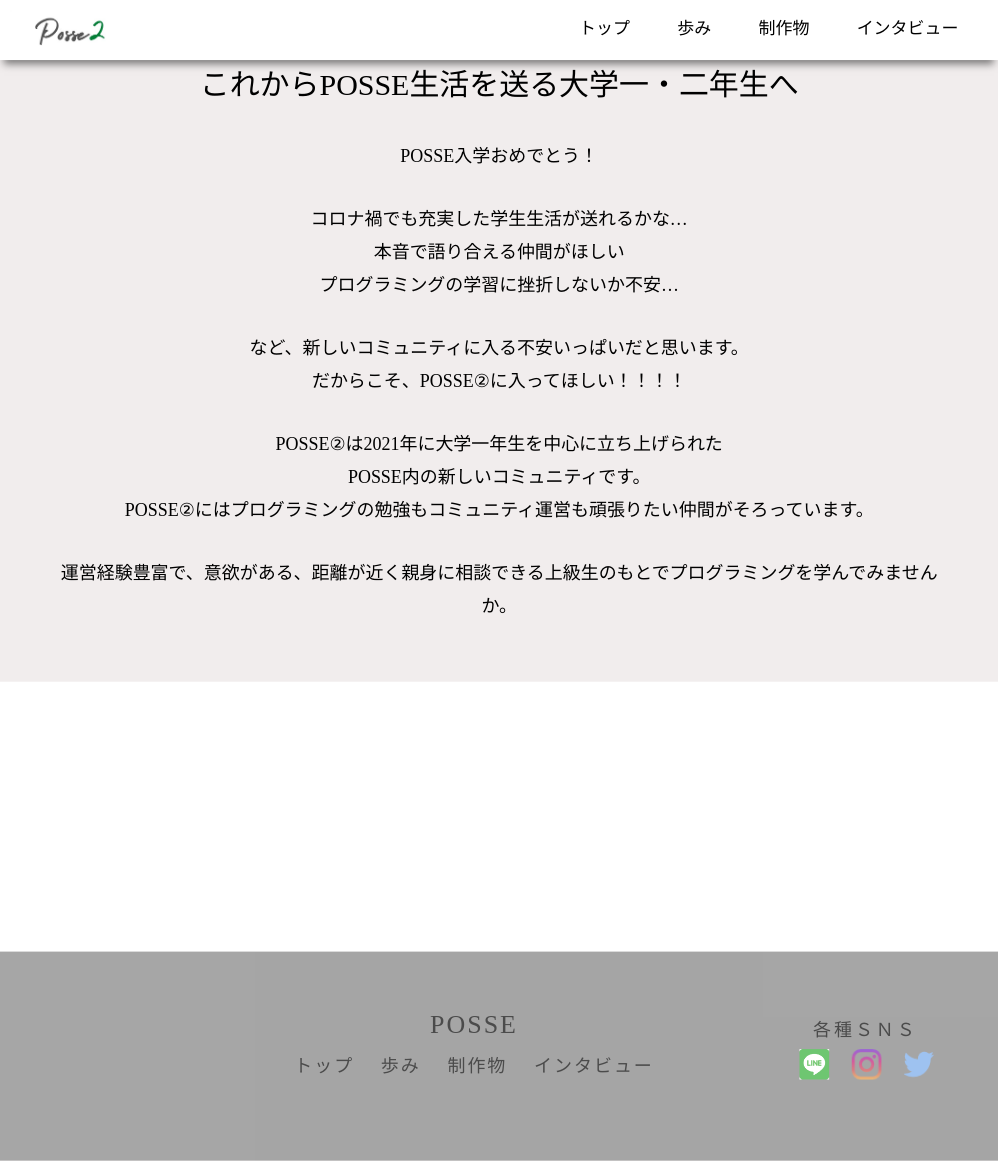
Repository: posse-ap/posse2-hackathon-202202-team2A
Page: topPage/index.html
The author's editor kept a copy of each file at every save. The page is drawn from the files as they stood at one save, then again after a run of saves.
The browser window is 1280 px wide. The pictures show the whole page, at 78% of full size.

Above is the page before, as saved 2022-02-15 03:16:16.

### topPage/index.html
<!DOCTYPE html>
<html lang="en">

<head>
    <meta charset="UTF-8" />
    <meta http-equiv="X-UA-Compatible" content="IE=edge" />
    <meta name="viewport" content="width=device-width, initial-scale=1.0" />
    <title>Document</title>
    <link rel="stylesheet" href="/reset.css" />
    <link rel="stylesheet" href="/topPage/style.css" />
</head>

<body>
    <!-- <header id="header" class="header">
        <div class="header_content">
            <div class="header_title">
                <img src="/topPage images/S__31211608.jpg" alt="" class="header_title_img">
            </div>
            <div class="header_links">
                <ul>
                    <li><a href="">トップページ</a></li>
                    <li><a href="">活動記録</a></li>
                    <li><a href="">日常の記録</a></li>
                    <li><a href="">保護者の方へ</a></li>
                </ul>
            </div>
        </div>
    </header> -->

    <header id="header" class="header">
        <div class="header_content">
            <div class="header_title">
                <img src="/topPage images/S__31211608.jpg" alt="" class="header_title_img">
            </div>
            <!-- ①サイトタイトル -->
            <div class="nav-wrapper header_links">
                <!-- ②ナビゲーションメニュー -->
                <nav class="header-nav">
                    <ul class="nav-list">
                        <li class="nav-item">
                            <a href="">トップ</a>
                        </li>
                        <li class="nav-item">
                            <a href="">歩み</a>
                        </li>
                        <li class="nav-item">
                            <a href="">制作物</a>
                        </li>
                        <li class="nav-item">
                            <a href="">インタビュー</a>
                        </li>
                    </ul>
                </nav>
            </div>
            <button class="burger-btn">
                <!-- ③ハンバーガーボタン -->
                <span class="bar bar_top"></span>
                <span class="bar bar_mid"></span>
                <span class="bar bar_bottom"></span>
            </button>
        </div>
    </header>

    <section class="section">
        <div>
            <h2>これからPOSSE生活を送る大学一・二年生へ</h2>
        <p>POSSE入学おめでとう！</p>
        <p>コロナ禍でも充実した学生生活が送れるかな…<br>
            本音で語り合える仲間がほしい<br>
            プログラミングの学習に挫折しないか不安…<br>
            </p>
        <p>など、新しいコミュニティに入る不安いっぱいだと思います。<br>
            だからこそ、POSSE②に入ってほしい！！！！
            </p>
        <p>POSSE②は2021年に大学一年生を中心に立ち上げられた<br>POSSE内の新しいコミュニティです。<br>
            POSSE②にはプログラミングの勉強もコミュニティ運営も頑張りたい仲間がそろっています。
        </p>
        <p>
            運営経験豊富で、意欲がある、距離が近く親身に相談できる上級生のもとでプログラミングを学んでみませんか。
        </p>
        </div>
    </section>



    <footer class="footer">
        <div class='footer_box'>
            <div class="footer_box1">
                <div class='footer_official_box'>
                    <label for="logo"><p>POSSE</p></label>
                    <!-- <a id='logo'  href="https://posse.anti-pattern.co.jp/"><img class='posse_logo_footer' src="img\posseLogo.png" alt="ポッセロゴ"></a> -->
                </div>
                <div class='footer_other_box'>
                    <div class='footer_page_in_site'>
                        <a href="">トップ</a>
                        <a href="">歩み</a>
                        <a href="">制作物</a>
                        <a href="">インタビュー</a>
                    </div>
                </div>
            </div>
            <div class='SNS'>
                <p>各種ＳＮＳ</p>
                <div class='SNS_box'>
                    <a href=""><img src="/topPage images/LINE.png" alt=""></a>
                    <a href="https://instagram.com/posse_programming?utm_medium=copy_link"><img src="/topPage images/instagram2.png" alt="instagram"></a>
                    <a href="https://twitter.com/posse_program?s=20"><img src="/topPage images/twitter2.png" alt="twitter"></a>
                </div>
            </div>
        </div>
    </footer>

    <script src="https://ajax.googleapis.com/ajax/libs/jquery/3.6.0/jquery.min.js"></script>
    <script src="/topPage/script.js"></script>
</body>

</html>

### topPage/style.css
html {
    font-size: 1vw;
}

body {
    text-align: center;
    margin: 0 auto;
    font-family: "ヒラギノ丸ゴ Pro W4", "ヒラギノ丸ゴ Pro", "Hiragino Maru Gothic Pro", "ヒラギノ角ゴ Pro W3", "Hiragino Kaku Gothic Pro", "HG丸ｺﾞｼｯｸM-PRO", "HGMaruGothicMPRO";
}

.header_content {
    width: 95%;
    height: 90%;
    display: flex;
    justify-content: space-between;
    opacity: 1;
    margin: 0 6rem 0.3rem 1rem;
}

.header_title {
    display: flex;
}

.header_title_img {
    display: block;
    width: 12rem;
    height: 4rem;
    opacity: 1;
}



.header_links {
    width: 40%;
    padding: 1rem 0 0 0;
}

.header_links ul {
    display: flex;
    justify-content: space-between;
}

.header_links li a {
    display: block;
    color: black;
    text-decoration: none;
    font-size: 1.7rem;
}

.header_links li a:hover {
    opacity: 0.4;
    transform: translate(0, -5px);
}


.header {
    width: 100%;
    height: 6rem;
    background: white;
    position: fixed;
    top: 0;
    left: 0;
    padding-top: 1.1rem;
    box-sizing: border-box;
    z-index: 5;
    box-shadow: 0px 10px 10px -5px rgba(0, 0, 0, 0.5);
}

.SNS_box{
    width: 150%;
}


/* -------------------- */
/* header
  /* -------------------- */
/* .header {
    align-items: center;
    background-color: #1b1310;
    border-bottom: 1px solid #fff;
    color: #fff;
    display: flex;
    height: 74px;
    justify-content: space-between;
    padding: 0 120px;
} */

/* .nav-list {

    display: flex;
} */

/* .nav-item {

    margin-right: 55px;
} */

.burger-btn {
    display: none;
}

/* ------------------ */
/* fv
  /* ------------------ */
.fv {
    align-items: center;
    background-color: #141414;
    background-image: url(../img/fv-bgi@2x.jpg);
    background-position: center;
    background-size: cover;
    display: flex;
    flex-direction: column;
    height: 90vh;
    justify-content: center;
}

/* .main-copy {
    border: 2px solid #fff;
    color: #fff;
    font-size: 50px;
    font-weight: bold;
    padding: 34px 42px;
} */

/* ------------------ */
/* about
  /* ------------------ */
.section-title {
    font-size: 36px;
    font-weight: bold;
    letter-spacing: .05em;
    margin-bottom: 70px;
    text-align: center;
}

h3 {
    font-size: 2.4rem;
    font-weight: bold;
    letter-spacing: .1em;
    line-height: 2;
    margin-bottom: 40px;
}

.section-wrapper {
    padding: 100px 10% 50px;
}

@media screen and (min-width:541px) and (max-width:1024px) {
    .header{
        height: 10rem;
    }

    .header_content{
        padding-top: 2rem;
    }

    .header_title_img{
        width: 100%;
        height: 70%;
    }

    .header_links li a{
        font-size: 2.7rem;
        margin-top: 0;
    }

    .header_links{
        width: 50%;
    }
}

@media screen and (max-width:540px) {

    /* ----------------------- */
    /* base_sp
    /* ----------------------- */
    /* デフォルトのbuttonスタイルをリセット */
    button {
        -webkit-appearance: none;
        -moz-appearance: none;
        appearance: none;
        background: transparent;
        border: 0;
        border-radius: 0;
        color: inherit;
        cursor: pointer;
        font: inherit;
        margin: 0;
        outline: none;
        padding: 0;
        vertical-align: middle;
    }

    /* ------------------ */
    /* humberger-menu */
    /* ------------------ */
    .header {
        padding: 0;
        height: 15rem;
    }

    .header_title_img{
        margin-top: 2rem;
        width: 30rem;
        height: 10rem;
    }

    /* 以下、ハンバーガーボタン */
    .burger-btn {
        display: block;
        height: 22%;
        position: relative;
        width: 20%;
        z-index: 3;
        /* codepenの挙動のため */
        background-color: transparent;
        border: none;
        margin-top: 6rem;
    }



    .bar {
        background-color: black;
        display: block;
        height: 0.1rem;
        left: 50%;
        position: absolute;
        transform: translateX(-50%);
        width: 7rem;
    }

    .bar_top {
        top: 3rem;
    }

    .bar_mid {
        top: 50%;
        transform: translate(-50%, -50%);
    }

    .bar_bottom {
        bottom: 3rem;
    }

    .burger-btn.close{
        margin-top: 8.4rem;
    }

    .burger-btn.close .bar_top {
        transform: translate(-50%,-4.3rem) rotate(45deg);
        transition: transform .3s;
    }

    .burger-btn.close .bar_mid {
        opacity: 0;
        transition: opacity .3s;
    }

    .burger-btn.close .bar_bottom {
        transform: translate(-50%, -1rem) rotate(-45deg);
        transition: transform .3s;
    }

    /* スクロール制御 */
    .noscroll {
        overflow: hidden;
    }

    /* 以下、ハンバーガーメニュー */
    .nav-wrapper {
        visibility: hidden;
        height: 100vh;
        left: 0;
        position: fixed;
        top: 0;
        width: 100vw;
        opacity: 0;
        transition: opacity .5s;
        z-index: 2;
        /*キービジュアルと.btn_triggerとの重なりの前後関係を調整*/
    }

    .header-nav {
        background-color: white;
        height: 100%;
        width: 100%;
        z-index: 2;
    }

    .header_links ul{
        display: block;
    }

    .nav-list {
        display: block;
        left: 50%;
        position: absolute;
        text-align: center;
        top: 50%;
        transform: translate(-50%, -50%);
    }

    .nav-item {
        margin-bottom: 40px;
        margin-right: 0;
    }

    .header_links li a{
        font-size: 5rem;
    }

    /* メニューオープン時 */
    .nav-wrapper.fade {
        opacity: 1;
        visibility: visible;
    }

    /* ------------------ */
    /* fv */
    /* ------------------ */
    .main-copy {
        font-size: 30px;
    }

    /* ------------------ */
    /* about */
    /* ------------------ */
    h3 {
        font-size: 20px;
        margin-bottom: 30px;
    }

    .section-wrapper {
        padding: 100px 5% 50px;
    }
}

/* ふったー */
.footer {
    background-color: grey;
    opacity: 0.7;
}

.footer_box {
    width: 65%;
    height: 15rem;
    display: flex;
    justify-content: space-around;
    padding: 6rem 0 0 0;
    position: relative;
    right: -23%;
    margin-top: 27rem;
}

.footer_official_box label p {
    color: black;
    font-size: 2.6rem;
    letter-spacing: 0.2rem;
}

.footer_official_box label p:hover {
    opacity: 0.4;
    transform: translate(0, -5px);
}

.footer_page_in_site a {
    color: black;
    text-decoration: none;
    font-size: 1.8rem;
    letter-spacing: 0.2rem;
}

.footer_page_in_site a:hover {
    opacity: 0.4;
    transform: translate(0, -5px);
}

.SNS {
    width: 14%;
}

.SNS_box a {
    margin: 1rem;
}

.SNS_box a img {
    width: 3rem;
    height: 3rem;
}

.SNS_box a :hover {
    opacity: 0.4;
    transform: translate(0, -5px);
}

.SNS p {
    color: black;
    font-size: 1.8rem;
    margin: 1rem 0;
    margin-left: 6rem;
    letter-spacing: 0.3rem;
    white-space: nowrap;
}

/* .SNS p:hover {
    opacity: 0.4;
    transform: translate(0, -5px);
} */

.posse_logo_footer {
    width: 80%;
    height: 40%;
}

.footer_other_box {
    font-size: 1.5rem;
    letter-spacing: 0.3rem;
    margin: 2rem;
}

.footer_page_in_site a {
    margin: 0 1rem;
}

.SNS_box{width: 250%;}

@media screen and (min-width:541px) and (max-width:1024px) {
    .footer{
        height: 30rem;
    }

    .footer_official_box label p{
        font-size: 7rem;
    }

    .SNS p{
        display: block;
        margin-left: 0;
        margin: 3rem auto;
        font-size: 3rem;
        white-space: nowrap;
    }

    .footer_page_in_site a{
        font-size: 3rem;
    }

    .footer_box{
        width: 75%;
        display: block;
        right: -13%;
    }

    .SNS{
        margin: 0 auto;
        width: 100%;
    }

    .SNS_box{
        width: 100%;
    }


    .footer_official_box label p{
        font-size: 4rem;
    }

    .SNS_box a img {
        width: 5rem;
        height: 5rem;
    }
}


@media screen and (max-width:540px) {
    .footer_box {
        display: block;
        height: 20rem;
        margin:  20rem 0;
        right: -5%;
        width: 90%;
    }

    .footer_official_box label p{
        font-size: 10rem;
    }

    .footer_page_in_site a{
        font-size: 5rem;
        display: block;
    }

    .footer_page_in_site{
        display: block;
        line-height: 7rem;
    }

    .footer{
        height: 70rem;
    }

    .SNS{
        margin: 0 auto;
        width: 100%;
    }

    .SNS p{
        margin-left: 0;
        display: block;
        width: 50rem;
        margin: 3rem auto;
        font-size: 7rem;
        white-space: nowrap
    }

    .SNS_box{
        width: 100%;
    }

    .SNS_box a img {
        width: 7rem;
        height: 7rem;
    }
}

.section div {
    background-color: rgb(241, 237, 237);
    padding: 3rem;
}

.section div h2 {
    font-size: 3rem;
    margin: 4rem;
}

.section div p {
    font-size: 1.8rem;
    margin: 3rem;
    line-height: 3.3rem;
}

.section2 {
    padding: 7rem 0;
}

.highlight {
    background: linear-gradient(transparent 50%, #f6ff5f 80%);
}

### topPage/script.js
$('.burger-btn').on('click', function () {//.btn_triggerをクリックすると
    $('.burger-btn').toggleClass('close');//.btn_triggerにcloseクラスを付与(ボタンのアニメーション)
    $('.nav-wrapper').toggleClass('fade');//.nav-wrapperに
    $('body').toggleClass('noscroll');//bodyにnoscrollクラスを付与(スクロールを固定)
});

Loaded but not shown: reset.css (common file)

After the next 2 saves:
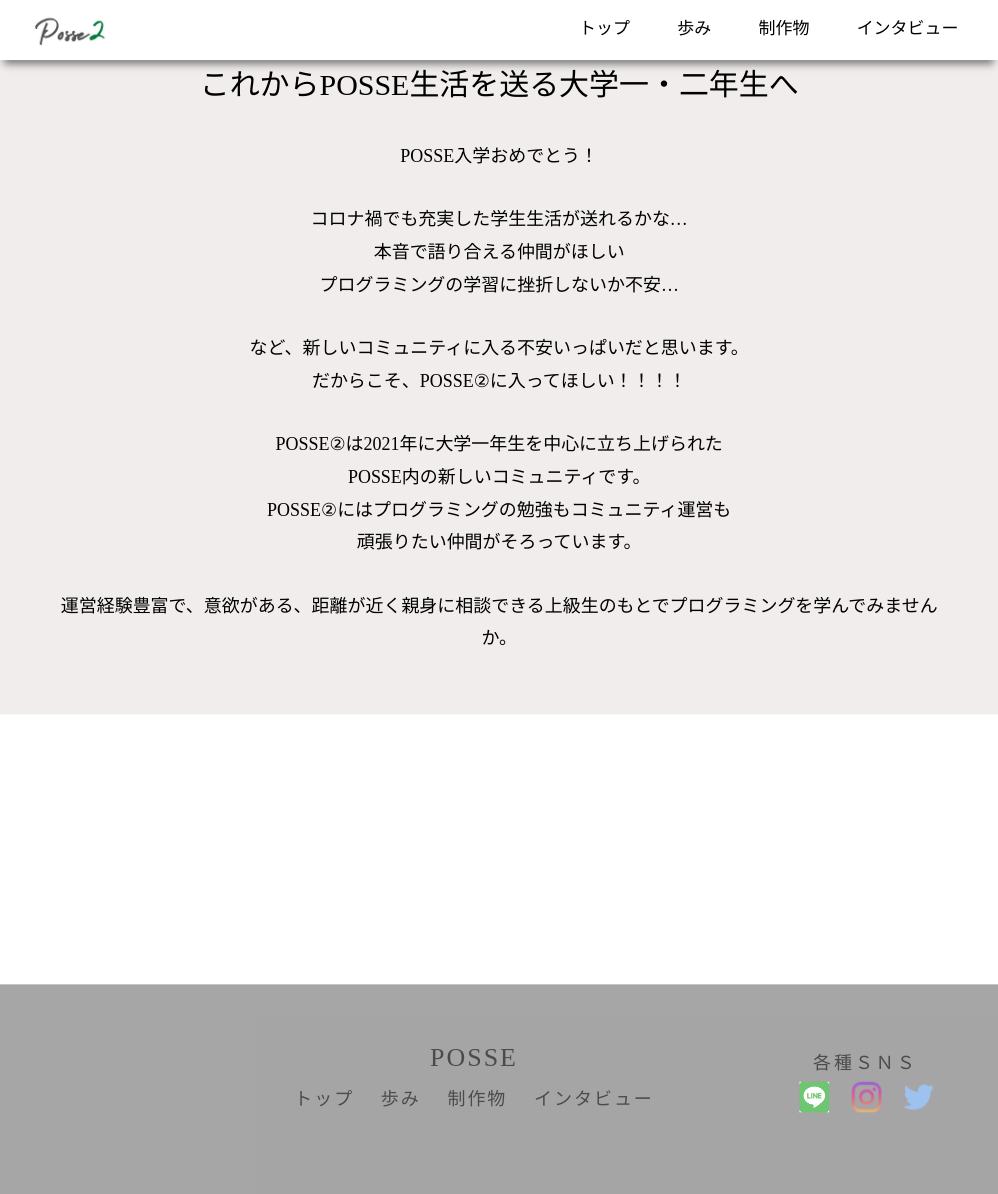
The 2 saves are shown as one change because they came seconds apart.
The last was saved 10 s later.
--- a/topPage/index.html
+++ b/topPage/index.html
@@ -73,7 +73,7 @@
             だからこそ、POSSE②に入ってほしい！！！！
             </p>
         <p>POSSE②は2021年に大学一年生を中心に立ち上げられた<br>POSSE内の新しいコミュニティです。<br>
-            POSSE②にはプログラミングの勉強もコミュニティ運営も頑張りたい仲間がそろっています。
+            POSSE②にはプログラミングの勉強もコミュニティ運営も<br>頑張りたい仲間がそろっています。
         </p>
         <p>
             運営経験豊富で、意欲がある、距離が近く親身に相談できる上級生のもとでプログラミングを学んでみませんか。
